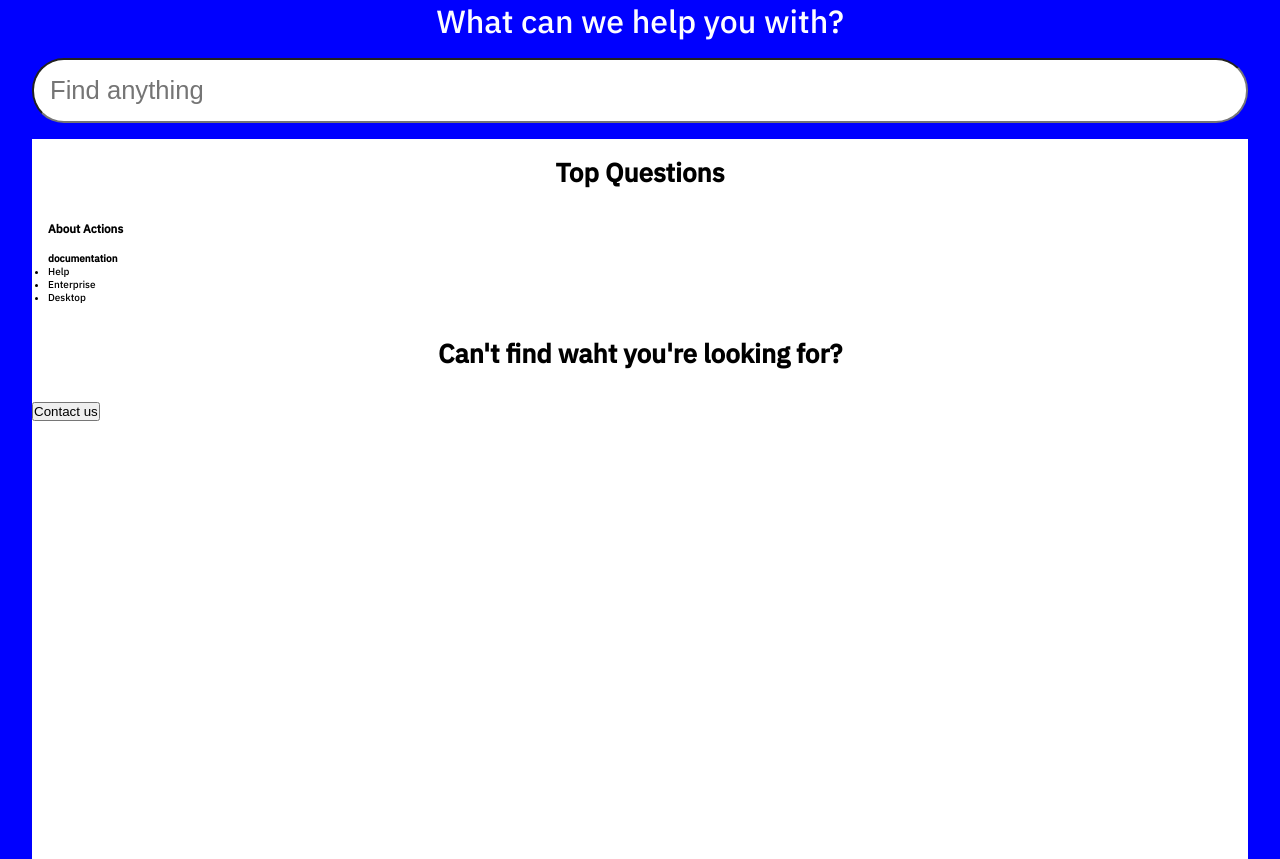
Repository: Hcmwebs/Help-Center-UI-
Page: index.html
The author's editor kept a copy of each file at every save. The page is drawn from the files as they stood at one save, then again after the next save.
The browser window is 1280 px wide. The pictures show the whole page.
The style sheet was rebuilt from its Sass, Less or Tailwind sources for each picture, by a compiler version that may differ from the author's.

Above is the page before, as saved 2020-08-20 21:26:59.

### index.html
<!DOCTYPE html>
<html lang="en">
<head>
    <meta charset="UTF-8">
    <meta name="viewport" content="width=device-width, initial-scale=1.0">
    <link rel="stylesheet" href="css/styles.min.css">
    <title>Help Center</title>
</head>
<body>
    <div class="container">
        <header>
            <h1>What can we help  you with?</h1>
            <input type="search"
            id="search"
            placeholder="Find anything">
        </header>


        <!-- *******card****** -->
        <div class="card">
            <!--****card-header**** -->
            <h2> Top Questions</h2>

            <!--****card-body**** -->

            <div class="card-item">
                <div class="card-head">
                    <h3>About Actions</h3>
                </div>
                <div class="card-body">
                    <h4>documentation</h4>
                    <ul>
                        <li>Help</li>
                        <li>Enterprise</li>
                        <li>Desktop</li>
                    </ul>
                </div>
            </div>


            <!--****card--footer**** -->
            <div class="card-footer">
                <h2>Can't find waht you're looking for? </h2>
                <button class="btn-primary">Contact us</button>
            </div>

        </div>
    </div>
</body>
</html>

### scss/styles.scss
@import url('https://fonts.googleapis.com/css2?family=IBM+Plex+Sans:wght@300;500&display=swap');
$font-stack:'IBM Plex Sans', sans-serif;
$bg-color:rgba(37,41,46,0.9);
$primary-color:rgba(255,255,255,0.99);

*{
    margin: 0;
    padding: 0;
    box-sizing: border-box;
}

body{
    font-family: $font-stack;
    font-size: 10px;
    background-color:$bg-color;
    display: grid;
    place-items: center;
    height: 100vh;
    width: 100%;
}

.container{
    width: 100%;
    padding: 0 2rem ;
    background-color:blue;

}
header{
    text-align: center;
    margin-bottom: 1rem;


    h1{
        font-size: 32px;
        font-weight: 500;
        margin-bottom: 1rem;
        color: $primary-color;
    }
    input{
        font-size: 1.6rem;
        width: 100%;
        padding: 1rem;
        background-color: #fff;
        border-radius: 2rem;
    }

}
.card{
    width: 100%;
    height: 100vh;
    background-color: #fff;

    h2{
        text-align: center;
        font-size: 26px;
        margin: 1rem 0;
        padding: 1rem;
    }

    &-item{
        width: 100%;
        display: grid;
        grid-template-columns: 1fr;
        gap: 1rem;
        padding: 0 1rem;


        &-head{
            width: 100%;
            padding: 1rem;
            border: 5px solid #DADADA;
            background-color: #c7c7c7;

            h3{
                font-size: 24px;
                font-weight: 500;
                background-color: #f7f7f7;
                text-align: center;
            }
        }

        &-body{


        }
    }
}

After the next save:
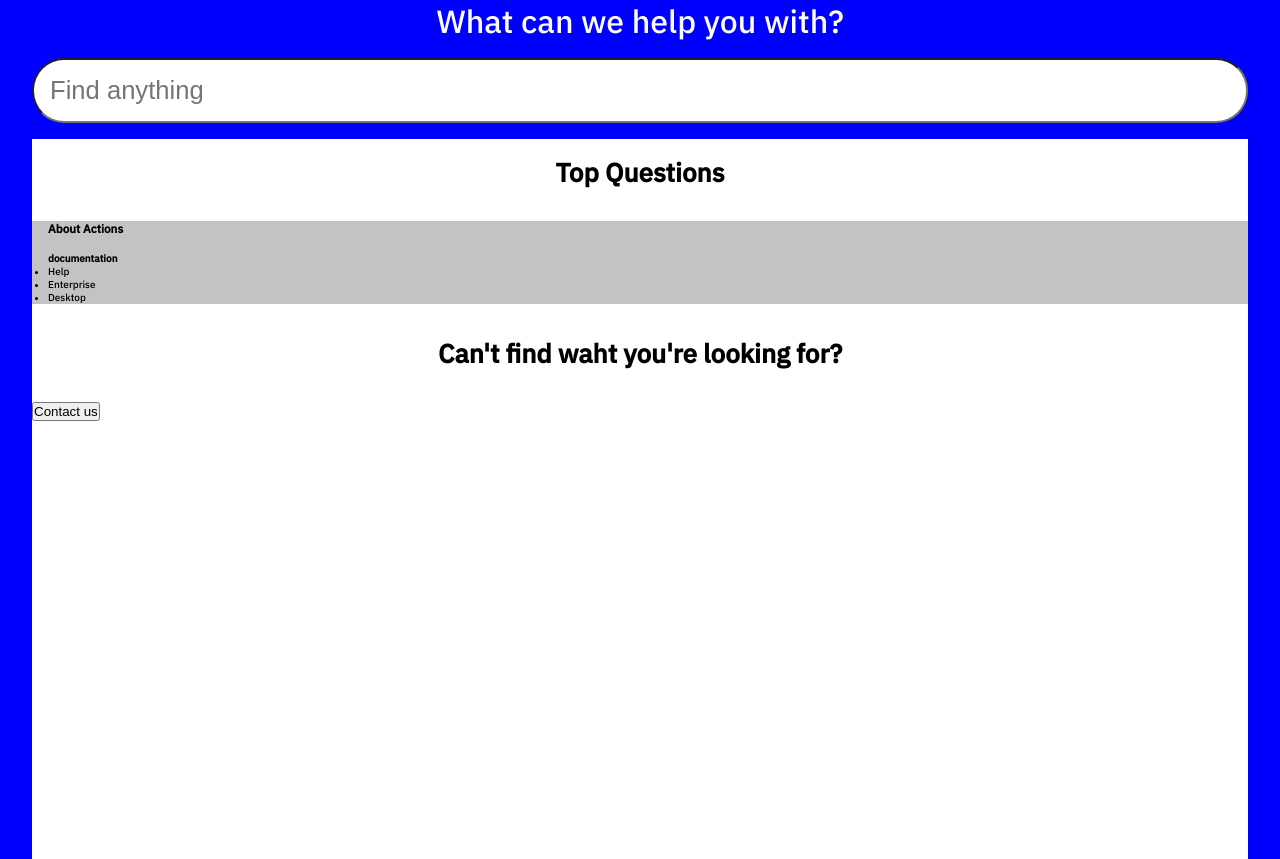
Saved 34 s later.
--- a/scss/styles.scss
+++ b/scss/styles.scss
@@ -63,6 +63,7 @@ header{
         grid-template-columns: 1fr;
         gap: 1rem;
         padding: 0 1rem;
+        background-color:#c3c3c3;
 
 
         &-head{
